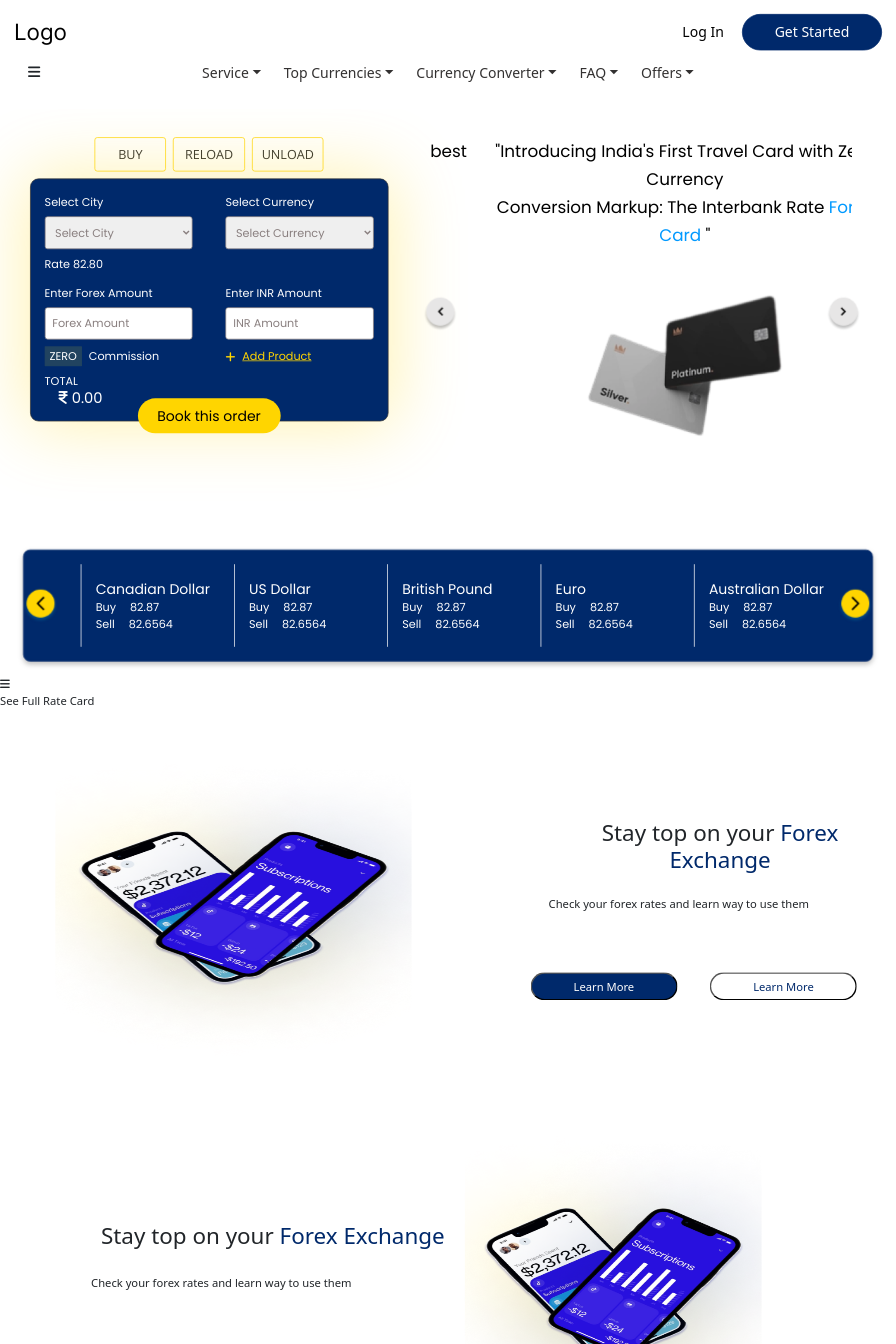
Repository: FlyweisReact/Akshadeep-latest
Page: /
An editor plug-in stored every save of this project. The page is shown before and after a run of saves, followed by the edit.
The browser window is 1280 px wide. The pictures show the part of the page from y = 0 to 1920 px (the page is 4532 px tall), at 70% of full size.
Some web libraries are served in a nearby version. The project was rebuilt for these pictures with package versions that can differ from the ones it lists, and the page was loaded fresh each time. Also part of the build but not shown: src/components/exchange.jsx, src/components/order_p1.jsx, src/components/order_p2.jsx, src/components/faas.jsx, src/components/offer.jsx, src/components/main2.jsx, src/components/home.jsx, src/components/slider.jsx and 6 more.

Above is the page before, as saved 2023-05-23 15:41:04.

### public/index.html
<!DOCTYPE html>
<html lang="en">
  <head>
    <meta charset="utf-8" />
    <link rel="icon" href="%PUBLIC_URL%/favicon.ico" />
    <meta name="viewport" content="width=device-width, initial-scale=1" />
    <meta name="theme-color" content="#000000" />
    <meta
      name="description"
      content="Web site created using create-react-app"
    />
    <link rel="apple-touch-icon" href="%PUBLIC_URL%/logo192.png" />

    <link rel="manifest" href="%PUBLIC_URL%/manifest.json" />
    <link rel="stylesheet" href="https://cdnjs.cloudflare.com/ajax/libs/font-awesome/5.15.3/css/all.min.css" />
    <link href="https://cdn.jsdelivr.net/npm/bootstrap@5.3.0-alpha1/dist/css/bootstrap.min.css" rel="stylesheet" integrity="sha384-GLhlTQ8iRABdZLl6O3oVMWSktQOp6b7In1Zl3/Jr59b6EGGoI1aFkw7cmDA6j6gD" crossorigin="anonymous">
    <title>React App</title>
  </head>
  <body>
    <noscript>You need to enable JavaScript to run this app.</noscript>
    <div id="root"></div>
    <script src="https://kit.fontawesome.com/b533b351e4.js" crossorigin="anonymous"></script>
  </body>
</html>

### src/components/Main.jsx
/** @format */

import React from "react";
import Navbar from "./navbar";
import "react-responsive-carousel/lib/styles/carousel.min.css";
import BottomCont from "./bottom_cont";
import Footer from "./footer";
import img from "../Images/a-7.png";
import img5 from "../Images/a-58.png";
import UpperForm from "./Component/Index/UpperForm";
import UpperSlider from "./Component/Index/UpperSlider";
import CurrencySlider from "./Component/Index/CurrencySlider";

function Main() {
  return (
    <>
      <Navbar />

      <div className="upper-two-component">
        <div className="left-component">
          <UpperForm />
        </div>
        <div className="right-component">
          <UpperSlider />
        </div>
      </div>

      <div className="Index-currency_cont">
        <CurrencySlider />
      </div>

      <div className="Index_center_button">
      <i className="fa-solid fa-bars"></i>
        <p>See Full Rate Card</p>
      </div>

      {/* <div className="main-mid-2-cont">
        <img src={img5} alt="" />
      </div> */}

      <div className="main-2-cont">
        <div className="main-2-left">
          <img src={img} alt="" />
        </div>
        <div className="main-2-right">
          <h2>
            Stay top on your <spam className="sp">Forex Exchange</spam>
          </h2>
          <p>Check your forex rates and learn way to use them</p>
          <div className="main-2-r-btn">
            <button className="main-2l-btn">Learn More</button>
            <button className="main-2r-btn">Learn More</button>
          </div>
        </div>
      </div>
      <div className="main-3-cont">
        <div className="main-3-left">
          <h2>
            Stay top on your <spam className="sp">Forex Exchange</spam>
          </h2>
          <p>Check your forex rates and learn way to use them</p>
          <div className="main-2-r-btn">
            <button className="main-2l-btn">Learn More</button>
            <button className="main-2r-btn">Learn More</button>
          </div>
        </div>
        <div className="main-3-right">
          <img src={img} alt="" />
        </div>
      </div>
      <BottomCont />
      <Footer />
    </>
  );
}

export default Main;

### src/Style/Header.css
/** @format */

.Sticky-Header-Companent {
  height: 100%;
  background-color: var(--white);
  position: sticky;
  top: 0;
  z-index: 999;
  padding: 20px;
  transition: box-shadow 0.3s ease;
}

.scrolled {
  box-shadow: rgba(0, 0, 0, 0.24) 0px 3px 8px;
}

.Header {
  width: 100%;
  display: flex;
  justify-content: space-between;
  align-items: center;
}

.Header .left-component a {
  font-family: InterFont;
  font-size: 2rem;
  color: #000000;
  cursor: pointer;
  text-decoration: none;
}

.Header .right-component {
  display: flex;
  gap: 20px;
}
.Header .right-component .btn1 {
  font-weight: 500;
  font-size: var(--medium-font);
  color: var(--black);
  background-color: transparent;
  border: none;
}
.Header .right-component .btn2 {
  font-size: var(--medium-font);
  color: var(--white);
  background-color : #00296B;
  border: 1px solid #00296B;
  padding: 10px;
  width: 200px;
  border-radius: var(--half-border);
}

/* Category Drop- Down */
.Drop-Category-Bar {
  display: flex;
  align-items: center;
}
.Drop-Category-Bar .left-container {
  width: 20%;
  padding: 20px;
}

.Drop-Category-Bar .right-Container {
  display: flex;
  width: 60%;
  justify-content: space-evenly;
}

.Drop-Category-Bar .left-container i {
  font-size: var(--medium-font);
  cursor: pointer;
}
.Drop-Category-Bar .right-Container #dropdown-basic {
  border: none;
  font-size: var(--medium-font);
  font-style: normal;
  line-height: 29px;
  color: #333131;
}
.Drop-Category-Bar .right-Container #dropdown-button-drop-end {
  width: 100%;
  display: flex;
  justify-content: space-between;
  gap: 20px;
  align-items: center;
  font-size: var(--small-font);
  border: none;
}
.Drop-Category-Bar .right-Container .dropdown-item {
  width: 100%;
  font-size: var(--small-font);
  border: none;
  padding-left: 12px;
}

/* FullScreen Offcanvas */
.offcanvas.offcanvas-start {
  width: 100% !important;
  background-color: transparent;
}
.offcanvas-backdrop.show {
  opacity: 0.9 !important;
}
.Offcanvas-Menu {
  position: relative;
  padding: 20px;
}
.Offcanvas-Menu .fa-x {
  font-size: var(--medium-font);
  color: #fff;
  position: absolute;
  right: 20px;
  top: 20px;
  cursor: pointer;
}
.Offcanvas-Menu .Menu-Items {
  display: flex;
  justify-content: space-evenly;
  align-items: center;
  position: absolute;
  top: 50%;
  gap: 20px;
  left: 50%;
  transform: translate(-50%, -50%);
  width: 100%;
  padding-left: 5%;
  padding-right: 5%;
}
.Offcanvas-Menu .Menu-Items div {
  width: 20%;
  cursor: pointer;
}
.Offcanvas-Menu .Menu-Items div img {
  display: block;
  margin: auto;
}
.Offcanvas-Menu .Menu-Items div a {
  text-decoration: none;
}
.Offcanvas-Menu .Menu-Items p {
  font-size: var(--medium-font);
  color: #ffffff;
  text-align: center;
  margin-top: 10px;
  font-family: OpenFont;
  text-decoration: none;
  width: 100%;
}

### src/Style/Layout.css
/* Two Section Component */
.upper-two-component {
    display: flex;
    justify-content: space-evenly;
    padding-top: 20px;
}
.upper-two-component .left-component{
    width: 40%;
}
.upper-two-component .right-component{
    width: 50%;
}

/* Currency Container */
.Index-currency_cont{
    width: 98%;
    margin: auto;
    padding: 20px;
    filter: drop-shadow(0px 4px 4px rgba(0, 0, 0, 0.25));
    padding-top: 5%;
}

/* Rate Button */
.Index_center_button{

    width: 250px;
}

### src/Style/Component.css
/**
 * Upper Form Component
 *
 * @format
 */

.Index-Upper-Form {
  width: 100%;
  padding-top: 20px;
}
.Index-Upper-Form .button-container {
  display: flex;
  align-items: center;
  justify-content: center;
  gap: 10px;
  width: 100%;
}
.Index-Upper-Form .button-container button {
  background-color: #fff;
  color: #333;
  border: 1px solid #ffd500;
  font-size: var(--small-font);
  cursor: pointer;
  padding: 10px;
  width: 20%;
  font-family: OpenFont;
  border-radius: 4px;
  transition: 0.5s;
}
.Index-Upper-Form .button-container button:hover {
  background: #ffd500;
}
.Index-Upper-Form .form-cont {
  width: 100%;
  margin-top: 10px;
  background: #00296b;
  border: 1px solid #333131;
  box-shadow: 0px 0px 100px 8px rgba(255, 213, 0, 0.3);
  border-radius: 12px;
  position: relative;
  padding: 20px;
}
.Index-Upper-Form .form-cont .form-part-1 .two-cont {
  display: flex;
  justify-content: space-between;
  width: 100%;
}
.Index-Upper-Form .form-cont .form-part-1 .two-cont div {
  width: 45%;
}
.Index-Upper-Form .form-cont .form-part-1 .two-cont div label {
  color: var(--white);
  font-size: var(--extra-small-font);
  font-family: PoppinFont;
  line-height: 24px;
  color: #ffffff;
}

.Index-Upper-Form .form-cont .form-part-1 .two-cont div select {
  width: 100%;
  margin-top: 3px;
  outline: none;
  font-size: var(--extra-small-font);
  color: #897f7f;
  font-family: PoppinFont;
  padding: 10px;
  border-radius: 4px;
  border: 1px solid #897f7f;
}
.Index-Upper-Form .form-cont .form-part-1 .rate {
  font-size: 16px;
  line-height: 24px;
  color: #ffffff;
  margin-top: 10px;
  font-family: PoppinFont;
}
.Index-Upper-Form .form-cont .form-part-1 .two-cont div input {
  width: 100%;
  margin-top: 3px;
  outline: none;
  font-size: var(--extra-small-font);
  color: #897f7f;
  font-family: PoppinFont;
  padding: 10px;
  border-radius: 4px;
  border: 1px solid #897f7f;
}
.Index-Upper-Form .form-cont .form-part-1 .two-cont div input::placeholder {
  color: #897f7f;
}
.Index-Upper-Form .form-cont .form-part-1 .two-cont .two-section {
  display: flex;
  gap: 10px;
  color: var(--white);
  margin-top: 10px;
  align-items: center;
}
.Index-Upper-Form .form-cont .form-part-1 .two-cont .two-section p {
  margin: 0;
  font-family: PoppinFont;
}
.Index-Upper-Form .form-cont .form-part-1 .two-cont .two-section button {
  background-color: #214360;
  outline: none;
  border: 1px solid #214360;
  color: var(--white);
  font-family: PoppinFont;
}
.Index-Upper-Form .form-cont .form-part-1 .two-cont .two-section i {
  color: #ffd500;
}
.Index-Upper-Form .form-cont .form-part-1 .two-cont .two-section .add {
  color: #ffd500;
  text-decoration: underline;
}
.Index-Upper-Form .form-cont .ord-btn {
  font-size: var(--medium-font);
  font-family: PoppinFont;
  background: #ffd500;
  border-radius: 30.2748px;
  border: none;
  width: 40%;
  padding: 10px;
  display: block;
  margin: auto;
  position: absolute;
  top: 98%;
  cursor: pointer;
  left: 50%;
  transform: translate(-50%, -50%);
}

/* Slick Slider */
.slick-slider-Cont {
  position: relative;
}
.slick-slider-Cont .Prev-Next_cont {
  display: flex;
  justify-content: space-between;
}
.slick-slider-Cont .Prev-Next_cont .PrevImg {
  position: absolute;
  top: 50%;
  left: 5%;
  transform: translate(-50%, -50%);
  cursor: pointer;
}
.slick-slider-Cont .Prev-Next_cont .NextImg {
  position: absolute;
  top: 50%;
  left: 95%;
  transform: translate(-50%, -50%);
  cursor: pointer;
}

.Slick-Slider {
  height: 100%;
  padding: 20px;
}
.Slick-Slider .slider-container-div {
  width: 100%;
}
.Slick-Slider .slider-container-div p {
  font-family: PoppinFont;
  font-size: 24px;
  line-height: 40px;
  color: #000;
  text-align: center;
  margin: 0;
}
.Slick-Slider .slider-container-div img {
  display: block;
  margin: auto;
}
.Slick-Slider:focus {
  border: none !important;
}
.Slick-Slider:active {
  border: none !important;
}

.Slick-Slider .slider-container-div .two-comp {
  display: flex;
  justify-content: space-evenly;
  gap: 10px;
}
.Slick-Slider .slider-container-div .two-comp .left-comp {
  width: 45%;
  position: relative;
}
.Slick-Slider .slider-container-div .two-comp .left-comp img {
  position: absolute;
  top: 50%;
  left: 50%;
  transform: translate(-50%, -50%);
}
.Slick-Slider .slider-container-div .two-comp .right-comp {
  width: 60%;
}
.Slick-Slider .slider-container-div .two-comp .right-comp div {
  display: flex;
  padding-top: 20px;
  gap: 20px;
  align-items: center;
}
.Slick-Slider .slider-container-div .two-comp .right-comp p {
  margin: 0;
  font-size: var(--extra-small-font);
  line-height: normal;
  width: 90%;
  text-align: left;
}
.Slick-Slider .slider-container-div .two-comp .right-comp i {
  margin: 0;
  background-color: #00a067;
  color: #fff;
  border-radius: 100%;
  padding: 5px;
}


/* Currency-Slider  */
.currency_slider_cont{
  background-color: #00296B;
  border: 1px solid #00296B;
  border-radius: 10px;
  position: relative;
  width: 100%;
}
.currency_slider_cont .currency_slider{
  height: 100%;
  padding: 20px;
  padding-left: 5%;
  padding-right: 5%;
}
.currency_slider_cont .currency_slider:focus {
  border: none !important;
}
.currency_slider_cont .currency_slider:active {
  border: none !important;
}

.currency_slider_cont .currency_slider .Item{
  color: #fff;
  border-right: 1px solid #fff;
  padding: 20px;
  width: 20%;
}
.currency_slider_cont .currency_slider .Item p{
  margin: 0;
}
.currency_slider_cont .currency_slider .Item .head{
  font-family: PoppinFont;
  font-size: var(--medium-font);
}
.currency_slider_cont .currency_slider .Item .two_sec{
  display: flex;
  align-items: center;
  gap: 20px;
}
.currency_slider_cont .currency_slider .Item .two_sec p{
  font-family: PoppinFont;
font-size: var(--extra-small-font);
}
.currency_slider_cont .Prev-Next_cont {
  display: flex;
  justify-content: space-between;
}
.currency_slider_cont .Prev-Next_cont .PrevImg {
  position: absolute;
  top: 50%;
  left: 2%;
  transform: translate(-50%, -50%);
  cursor: pointer;
}
.currency_slider_cont .Prev-Next_cont .NextImg {
  position: absolute;
  top: 50%;
  left: 98%;
  transform: translate(-50%, -50%);
  cursor: pointer;
}

.slick-prev:before {
  display: none !important;
}
.slick-next:before{
  display: none
  ;
}

### src/components/navbar.jsx
import Header from "./Layout/Header";

const Navbar = () => {
  return (
    <>
      <Header />

    </>
  );
};

export default Navbar;

### src/components/bottom_cont.jsx
import React from "react";
import img from "../Images/a-33.png";
import img2 from "../Images/a-34.png";
import img3 from "../Images/a-35.png";
import img4 from "../Images/a-36.png";
import img5 from "../Images/a-37.png";
import img6 from "../Images/a-51.png";

const BotCont = () => {
  return (
    <>
      <div className="bot-part-1">
        <div className="bot-cont-imgs">
          <div>
            <img src={img} />
            <h6>USD 1 Billion+</h6>
            <p>Exchanged so far</p>
          </div>
          <div>
            <img src={img2} />
            <h6>3,00,000+</h6>
            <p>Happy Customers</p>
          </div>
          <div>
            <img src={img3} />
            <h6>5000+</h6>
            <p>Banks and Money Exchangers</p>
          </div>
        </div>
      </div>
      <div className="bot-part-3">
        <img src={img6} />
      </div>
      <div className="bot-part-2">
        <h3>Media Mentions</h3>
        <div className="bot-part-2-sub">
          <div className="bot-cont-card">
            <h4>Loren Ipsum Id best Platform out there</h4>
            <p>
              Lorem Ipsum is simply dummy text of the printing and typesetting
              industry. Lorem Ipsum has been the industry's standard dummy text
              ever since the 1500s, when an unknown printer took a galley of
              type and scrambled it to make a type specimen book.
            </p>
            <div className="thin-line"></div>
            <div className="bot-cont-card-2">
              <img src={img4} />
              <p>5 star</p>
            </div>
          </div>
          <div className="bot-cont-card">
            <h4>Loren Ipsum Id best Platform out there</h4>
            <p>
              Lorem Ipsum is simply dummy text of the printing and typesetting
              industry. Lorem Ipsum has been the industry's standard dummy text
              ever since the 1500s, when an unknown printer took a galley of
              type and scrambled it to make a type specimen book.
            </p>
            <div className="thin-line"></div>
            <div className="bot-cont-card-2">
              <img src={img5} style={{height:"40px"}} />
              <p>5 star</p>
            </div>
          </div>
        </div>
      </div>
    </>
  );
};

export default BotCont;

### src/components/footer.jsx
import React from "react";

const Footer = () => {
  return (
    <footer className="footer">
      <div className="footer-cont">
        <div className="foot-row">
          <div className="foot-col">
            <h3>Company</h3>
            <p>About Us</p>
            <p>Contact Us</p>
            <p>Careers</p>
          </div>
          <div className="foot-col">
            <h3>Services</h3>
            <p>Prepaid Travel Card</p>
            <p>Foreign Demand Draft</p>
            <p>Foreign Currency</p>
            <p>Educational Loans</p>
            <p>Remmittance</p>
            <p>Travel Insurance</p>
            <p>Forex as a Service (Faas Solution)</p>
          </div>
          <div className="foot-col">
            <h3>Quick Links</h3>
            <p>FAQs</p>
            <p>Cancellation & Refund Policy</p>
            <p>Forex Rates</p>
            <p>Our Policies</p>
            <p>Terms of Use</p>
            <p>Site Map</p>
            <p>Offers</p>
          </div>
          <div className="foot-col">
            <h3>Insight</h3>
            <p>Blogs</p>
            <p>Press Release</p>
            <p>Foreign Currency</p>
            <p>Educational Loans</p>
            <p>Remmittance</p>
            <p>Travel Insurance</p>
            <p>Forex as a Service (Faas Solution)</p>
          </div>
          <div className="foot-col">
            <h3>Registered Office Address</h3>
            <p>Lorem Ipsum Pvt ltd.</p>
            <p>P-701 to P-705 lorem ipsum , 7th floor, 11th tower, panchsheel primerose, vatista
                , Gurugram, Hariyana
            </p>
            {/*<ul className="social-icons">
              <li>
                <a href="#">
                  <i className="fab fa-facebook-f"></i>
                </a>
              </li>
              <li>
                <a href="#">
                  <i className="fab fa-twitter"></i>
                </a>
              </li>
              <li>
                <a href="#">
                  <i className="fab fa-linkedin"></i>
                </a>
              </li>
              <li>
                <a href="#">
                  <i className="fab fa-instagram"></i>
                </a>
              </li>
            </ul>*/}
          </div>
        </div>
      </div>
      <div className="footer-bottom">
        <p>&copy; 2023 Forex Inc. All Rights Reserved.</p>
      </div>
    </footer>
  );
};

export default Footer;

### src/components/signup.jsx
import Button from "react-bootstrap/Button";
import Modal from "react-bootstrap/Modal";

function MyVerticallyCenteredModal(props) {
  return (
    <Modal
      {...props}
      size="lg"
      aria-labelledby="contained-modal-title-vcenter"
      centered
    >
      <Modal.Body>
        <div className="popupe-container">
          <div className="popupe">
            <span className="close" onClick={props.onHide}>
              &times;
            </span>
            <h2 className="form-title">Register</h2>
            <form>
              <div class="form-groupe">
                <label for="name" className="label-inp">Name</label>
                <input type="text" id="name" name="name" placeholder="Enter your name here" />
              </div>
              <div class="form-groupe">
                <label for="mobile" className="label-inp">Mobile Number</label>
                <input type="email" id="email" name="email" placeholder="Enter your mobile no here"/>
              </div>
              <div class="form-groupe">
                <label for="email" className="label-inp">Email</label>
                <input type="email" id="email" name="email" placeholder="Enter your email here"/>
              </div>
              <button type="submit" className="btn-form-submit">Submit</button>
            </form>
            <h2 className="form-title">Or</h2>
            <div className="form-bot-cont">
              <div className="left-btn">
                  <button className="btn-2">
                  <i class="fab fa-facebook-f fc" ></i>
                  facebook</button>
              </div>
              <div className="right-btn">
                  <button className="btn-2">
                  <i class="fab fa-google-plus-g gl"></i>
                    Google</button>
              </div>
            </div>
            </div>
          </div>
      </Modal.Body>
    </Modal>
  );
}

export default MyVerticallyCenteredModal;

### src/components/login.jsx

import Modal from "react-bootstrap/Modal";

function MyVerticallyCenteredModal(props) {
  return (
    <Modal
      {...props}
      size="lg"
      aria-labelledby="contained-modal-title-vcenter"
      centered
    >
      <Modal.Body>
        <div className="popupe-container">
          <div className="popupe">
            <span className="close" onClick={props.onHide}>
              &times;
            </span>
            <h2 className="form-title">Login</h2>
            <form>
              <div class="form-groupe">
                <label for="name" className="label-inp">Mobile Number/ Email Id</label>
                <input type="text" id="name" name="name" placeholder="Enter mobile number/ email Id" />
              </div>
              <button type="submit" className="btn-form-submit">Submit</button>
            </form>
            </div>
            <h2 className="form-title">Or</h2>
            <div className="form-bot-cont">
              <div className="left-btn">
                  <button className="btn-2">
                  <i class="fab fa-facebook-f fc" ></i>
                  facebook</button>
              </div>
              <div className="right-btn">
                  <button className="btn-2">
                  <i class="fab fa-google-plus-g gl"></i>
                    Google</button>
              </div>
            </div>
          </div>
      </Modal.Body>
    </Modal>
  );
}

export default MyVerticallyCenteredModal;

Loaded but not shown: src/Json/menu.json (187 lines, source omitted); src/components/Component/Index/UpperSlider.js (180 lines, source omitted); src/components/Component/Index/CurrencySlider.js (162 lines, source omitted); src/components/Component/Index/UpperForm.js (74 lines, source omitted); src/components/Layout/DropBar.js (60 lines, source omitted); src/components/Layout/Sidebar.js (70 lines, source omitted); src/App.js (50 lines, source omitted); src/components/Layout/Header.js (56 lines, source omitted); src/index.js (13 lines, source omitted); src/index.css (2406 lines, source omitted)

After the next 3 saves:
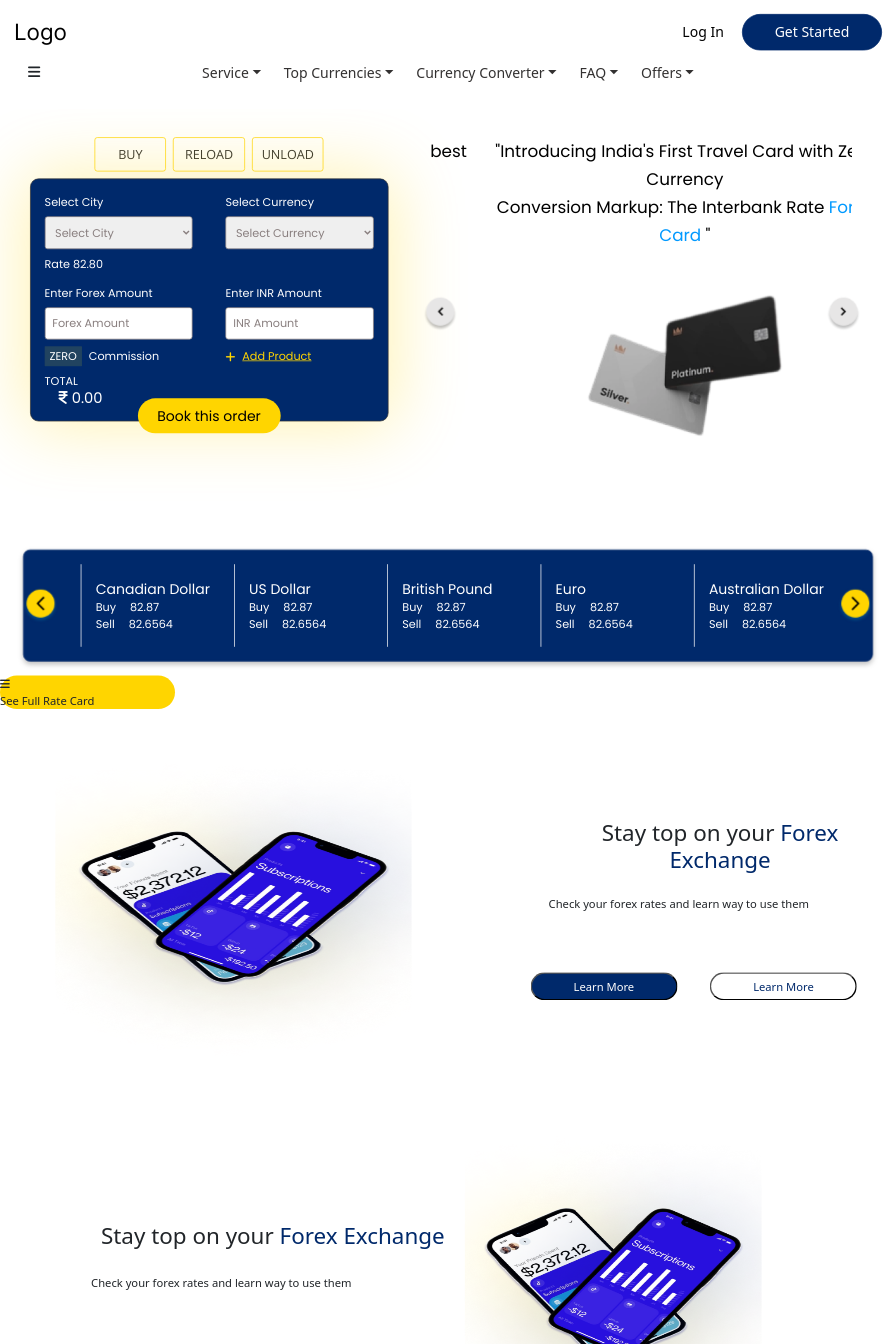
The 3 saves are shown as one change because they came seconds apart.
The last was saved 10 s later.
--- a/src/Style/Layout.css
+++ b/src/Style/Layout.css
@@ -1,27 +1,33 @@
-/* Two Section Component */
+/**
+ * Two Section Component
+ *
+ * @format
+ */
+
 .upper-two-component {
-    display: flex;
-    justify-content: space-evenly;
-    padding-top: 20px;
+  display: flex;
+  justify-content: space-evenly;
+  padding-top: 20px;
 }
-.upper-two-component .left-component{
-    width: 40%;
+.upper-two-component .left-component {
+  width: 40%;
 }
-.upper-two-component .right-component{
-    width: 50%;
+.upper-two-component .right-component {
+  width: 50%;
 }
 
 /* Currency Container */
-.Index-currency_cont{
-    width: 98%;
-    margin: auto;
-    padding: 20px;
-    filter: drop-shadow(0px 4px 4px rgba(0, 0, 0, 0.25));
-    padding-top: 5%;
+.Index-currency_cont {
+  width: 98%;
+  margin: auto;
+  padding: 20px;
+  filter: drop-shadow(0px 4px 4px rgba(0, 0, 0, 0.25));
+  padding-top: 5%;
 }
 
 /* Rate Button */
-.Index_center_button{
-
-    width: 250px;
+.Index_center_button {
+  width: 250px;
+  background: #ffd500;
+  border-radius: 27px;
 }
